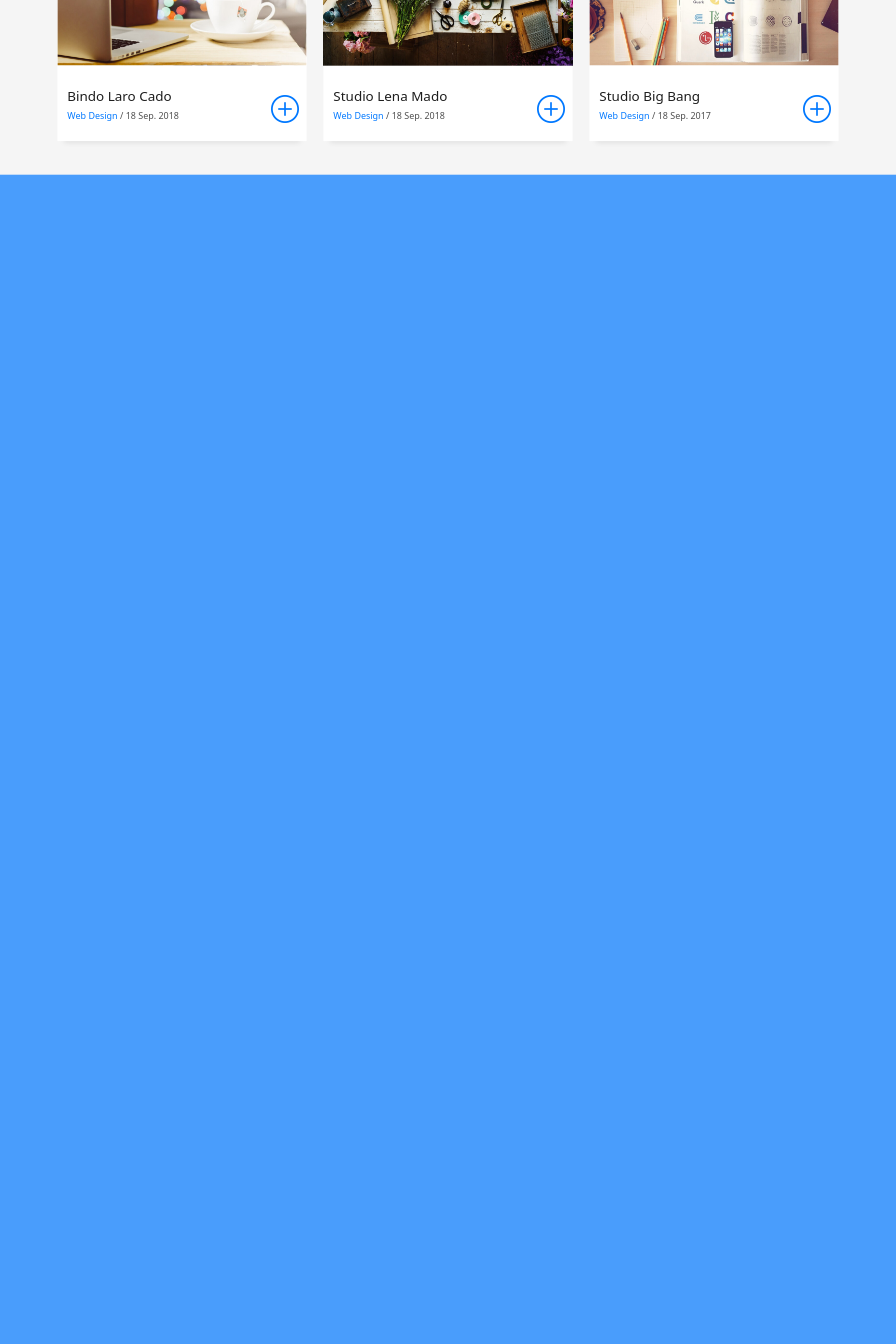
Repository: SayedMosb/protoflio_Bootstrap
Page: test.html
These files come from the project's save history. The page is drawn as it stood at one moment and after the next save; the edit follows.
The browser window is 1280 px wide. The pictures show the part of the page from y = 2561 to 4481 px (the page is 4836 px tall), at 70% of full size.
Backgrounds fixed to the window are drawn as part of the page.

Above is the page before, as saved 2026-10-12 00:42:38.
Not found: assets/img/overlay-bg.jpg

After the next save:
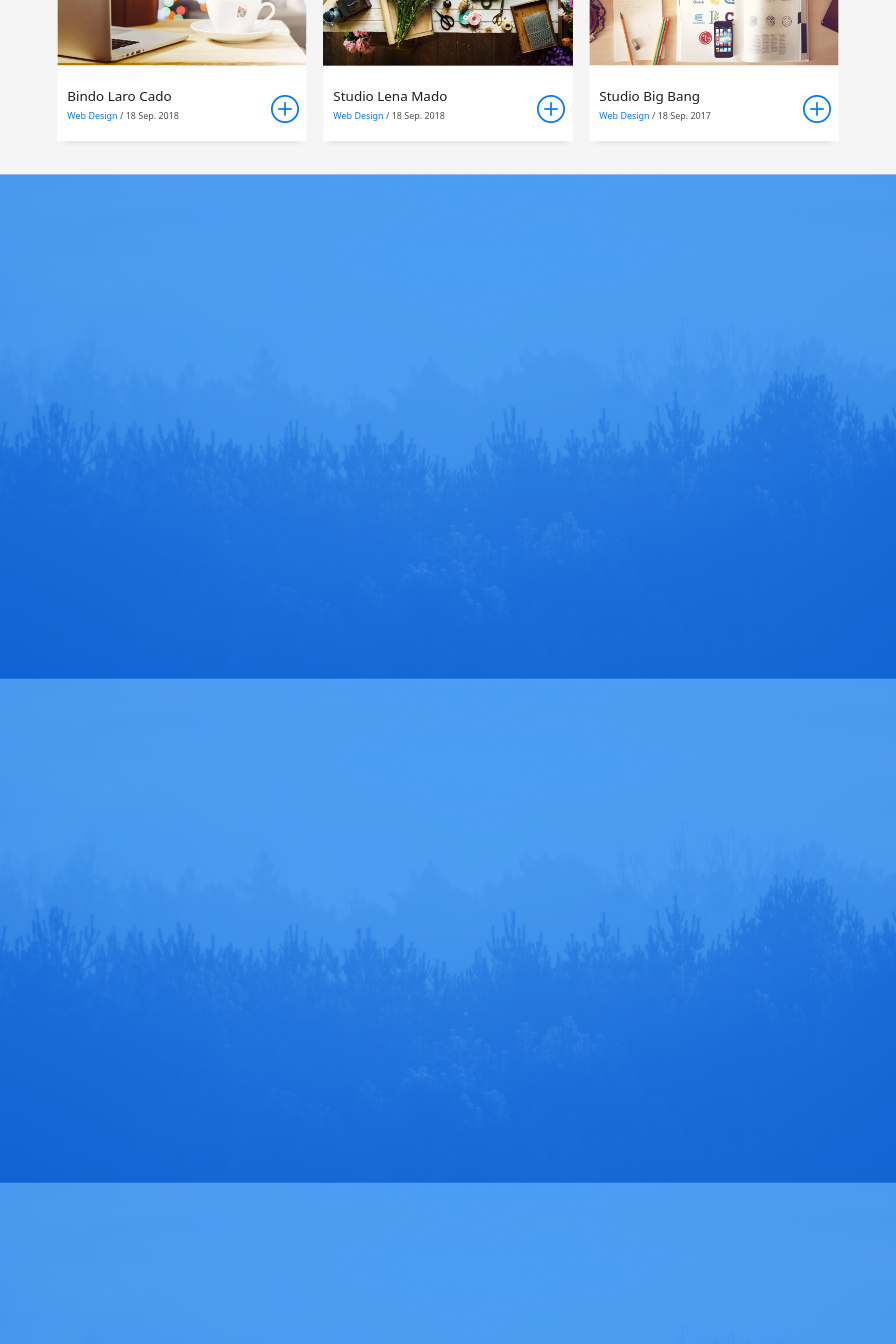
Saved 44 s later.
--- a/test.html
+++ b/test.html
@@ -532,7 +532,7 @@
       </div>
     </section>
 
-    <div class="testimonials paralax-mf bg-image" style="background-image: url(assets/img/overlay-bg.jpg)">
+    <div class="testimonials paralax-mf bg-image" style="background-image: url(./img/overlay-bg.jpg)">
       <div class="overlay-mf"></div>
       <div class="container">
         <div class="row">
